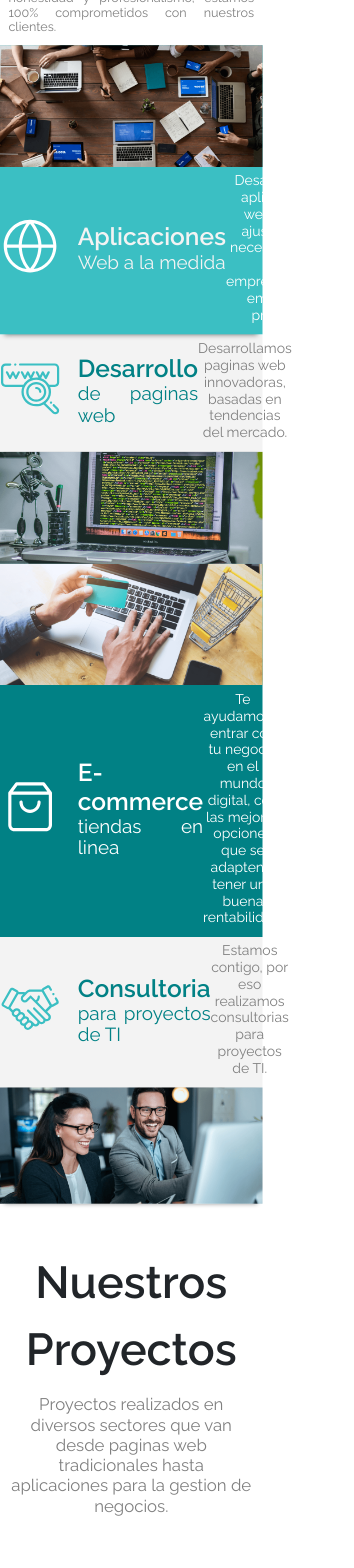
Repository: mariomr87/testwebpage
Page: index.html
The author's editor kept a copy of each file at every save. The page is drawn from the files as they stood at one save, then again after the next save.
The browser window is 375 px wide. The page is 506 px wide, so the pictures cover 506 px, including what lies to the right of the window. The pictures show the part of the page from y = 1931 to 4171 px (the page is 5777 px tall before and 5945 px after), at 70% of full size.
Some web libraries are served in a nearby version.

Above is the page before, as saved 2021-10-13 21:52:57.

### index.html
<!DOCTYPE html>
<html>
<head>
	<meta charset="utf-8">
	<title>Ingenii - Nueva era</title>
	<link href="style.css" rel="stylesheet">
	<!-- CSS only -->
	<link href="https://cdn.jsdelivr.net/npm/bootstrap@5.0.2/dist/css/bootstrap.min.css" rel="stylesheet" integrity="sha384-EVSTQN3/azprG1Anm3QDgpJLIm9Nao0Yz1ztcQTwFspd3yD65VohhpuuCOmLASjC" crossorigin="anonymous">
	<link rel="preconnect" href="https://fonts.googleapis.com">
	<link rel="preconnect" href="https://fonts.gstatic.com" crossorigin>
	<link href="https://fonts.googleapis.com/css2?family=Raleway:ital,wght@0,200;0,400;0,600;1,900&display=swap" rel="stylesheet">
	<script src="https://kit.fontawesome.com/ffd6f804ac.js" crossorigin="anonymous"></script>

	<!--MENU BOOSTRAP JavaScript Bundle with Popper -->
	<script src="https://cdn.jsdelivr.net/npm/bootstrap@5.1.1/dist/js/bootstrap.bundle.min.js" integrity="sha384-/bQdsTh/da6pkI1MST/rWKFNjaCP5gBSY4sEBT38Q/9RBh9AH40zEOg7Hlq2THRZ" crossorigin="anonymous"></script>

	<!--Carrusel-->
	<link href="https://cdn.jsdelivr.net/npm/bootstrap@5.0.2/dist/css/bootstrap.min.css" rel="stylesheet" integrity="sha384-EVSTQN3/azprG1Anm3QDgpJLIm9Nao0Yz1ztcQTwFspd3yD65VohhpuuCOmLASjC" crossorigin="anonymous">
	<link rel="stylesheet" type="text/css" href="carousel.css">
	<script src="https://ajax.googleapis.com/ajax/libs/jquery/1.12.4/jquery.min.js" type="text/javascript" ></script>
	<script src="slick.js" type="text/javascript" charset="utf-8"></script>

	<!-- viewport mobile -->
	<meta name="viewport" content="width=device-width, initial-scale=1.0">


</head>
	<body>

		<!-- Menu -->
		<nav class="navbar navbar-expand-lg  sticky-top navbar-dark lineamenu ">
			<div class="container-fluid">
			  <a class="navbar-brand col-md-2 text-center navbar-expand-lg" href="#"><span class="menuimg-texto">Ingenii</span></a>
			  <button class="navbar-toggler" type="button" data-bs-toggle="collapse" data-bs-target="#navbarSupportedContent" aria-controls="navbarSupportedContent" aria-expanded="false" aria-label="Toggle navigation">
				<span class="navbar-toggler-icon "></span>
			  </button>
			  <div class="collapse navbar-collapse " id="navbarSupportedContent">
				<ul class="navbar-nav col-md-10">
				  <li class="nav-item">
					<a class="nav-link" aria-current="page" href="#">
						<span class="separar"><img src="./imagenes/menu/Icon-inicio.svg" class="d-inline-block align-text-top menuing-redes-logos"></span>
						<span class="menu-texto-opc">Inicio</span>
					</a>
				  </li>
				  <li class="nav-item">
					<a class="nav-link" href="#servicios4">
						<span class="separar"><img src="./imagenes/menu/Icon-Servicios.svg" class="d-inline-block align-text-top menuing-redes-logos"></span>
						<span class="menu-texto-opc">Servicios</span>
					</a>
				  </li>
				  <li class="nav-item">
					<a class="nav-link " href="#quienessomos" tabindex="-1" aria-disabled="true">
						<span class="separar"><img src="./imagenes/menu/Icon-Quienes somos.svg" class="d-inline-block align-text-top menuing-redes-logos"></span>
						<span class="menu-texto-opc">¿Quiénes somos?</span>
					</a>
				  </li>
				  <li class="nav-item">
					<a class="nav-link " href="#link-ntrabajo" tabindex="-1" aria-disabled="true">
						<span class="separar"><img src="./imagenes/menu/Icon- nuestro-trabajo.svg" class="d-inline-block align-text-top menuing-redes-logos"></span>
						<span class="menu-texto-opc">Nuestro Trabajo</span>
					</a>
				  </li>
				  <li class="nav-item">
					<a class="nav-link " href="#link-escribenos" tabindex="-1" aria-disabled="true">
						<span class="separar"><img src="./imagenes/menu/Icon - escribenos.svg" class="d-inline-block align-text-top menuing-redes-logos"></span>
						<span class="menu-texto-opc">Escribenos</span>
					</a>
				  </li>
				</ul>
				<div class="col-md-1 text-center">
					<span class="separar"><img class="menuing-redes-logos" src="./imagenes/menu/Facebook.svg" alt="">
					<img class="menuing-redes-logos" src="./imagenes/menu/WhatsApp.svg" alt="">
				</div>
			  </div>
			</div>
		  </nav>

		<!-- Slider -->
		<div class="container-fluid slider text-centro text-center">
			<div class="row" id="servicios4">
				<div>
					<h3 class="logo title-slider">Ingenii</h3>
					<h3 class="blanco slider-text">Expertos en la nueva era</h3>
					<h3 id="app-web">Aplicaciones web_</h3><br>
					<img id="flecha-down" src="./imagenes/principal/flecha.svg">
				</div>
			</div>
		</div>
		<!-- Quienes somos y servicios -->
		<div class="container-fluid " >
			<!-- Iconos de servicios -->
			<div class="cuadros-servi row ">
				<div class="azul-claro-bg cuadro col ">
					<img src="./imagenes/principal/app.svg" class="icon-serv">
					<h5><span class="negrilla "><strong>Aplicaciones</strong> </span><br>web a la medida</h5>
				</div>
				<div class="azul-claro-bg cuadro col">
					<img src="./imagenes/principal/desarrollo.svg" class="icon-serv"><h5><span class="negrilla ">Desarrollo</span><br>de Páginas web</h5>
				</div>
				<div class="azul-claro-bg cuadro col">
					<img src="./imagenes/principal/tienda.svg" class="icon-serv">
					<h5><span class="negrilla ">E-commerce</span><br> tiendas en linea</h5>
				</div>
				<div class="azul-claro-bg cuadro col">
					<img src="./imagenes/principal/consultoria.svg" class="icon-serv"><h5><span class="negrilla ">Consultoría</span><br>para proyectos TI</h5>
				</div>
			</div>

			<!-- Texto quienes somos -->
			<div class="row just-somos" id="quienessomos">
				<div class="col-md-6 centrar-somos">
					<p class="line-blue"> </p>
					<h1 class="text-quienes" >Quiénes</h1><h2 class="text-somos">Somos</h2>
				</div>
				<div class="col-md-6">
					<p class="texto-qs"><span class="negrilla">Ingenii</span> es un emprendimiento que nace para ayudar a miles emprendedores a <span class="negrilla">migrar al mundo digital,</span> en un momento en el cual el
					comercio electrónico ha tomado una importancia estratégica para que muchas ideas de negocios tengan éxito, además de asesorar a
					nuestros clientes para que lleven su emprendimiento o empresa al siguiente nivel.
					<br><br>Hacemos nuestro trabajo con seriedad, honestidad y profesionalismo, estamos 100% comprometidos con nuestros clientes.</p>
				</div>
			</div>
		</div>
		<!-- Servicios -->
		<div class="container-fluid">
			<div class="row row-cols-2 servi-col">
				<!--Aplicaciones -->
				<div class="col azul-claro-bg sombra one">
					<img class="servicios-img" src="imagenes/servicios/Aplicaciones.png">
				</div>
				<div class="col azul-claro-bg text-app sombra two">
						<div class="centra-app">
							<div class="interlineas">
								<img src="./imagenes/servicios/web-a-medida.svg" class="icon-serv">
								<span class="text-app-p"><span class="text-app-icon">Aplicaciones</span><p class="text-app-icon2">Web a la medida</p></span>
							</div>
							<div class="interlineas">
								<p class="text-app-des">Desarrollamos aplicaciones web que se ajusten a las necesidades de tu emprendimiento, empresa o proyecto.</p>
							</div>
						</div>
				</div>
				<!--Desarrollo -->
				<div class="col blanco-bg sombra three">
					<div class="text-app ">
						<div class="centra-app">
							<div class="interlineas">
								<img src="./imagenes/servicios/desarrollo-web.svg" class="icon-serv">
								<span class="azul text-app-p"><span class="text-app-icon">Desarrollo</span><p class="text-app-icon2">de paginas web</p></span>
							</div>
							<div class="interlineas" >
								<p class="gris2 text-app-des">Desarrollamos paginas web innovadoras, basadas en tendencias del mercado.</p>
							</div>
						</div>
					</div>
				</div>
				<div class="col blanco-bg sombra four">
					<img class="servicios-img" src="imagenes/servicios/desarrolloweb.png">
				</div>
				<!--E-commerce-->
				<div class="col azul-bg sombra five">
					<img class="servicios-img" src="imagenes/servicios/ecommerce.png">
				</div>
				<div class="col azul-bg sombra six">
					<div class="text-app">
						<div class="centra-app">
							<div class="interlineas">
								<img src="./imagenes/servicios/ecommerce.svg" class="icon-serv">
								<span class="text-app-p"><span class="text-app-icon">E-commerce</span><p class="text-app-icon2">tiendas en linea</p> </span>
							</div>
							<div class="interlineas">
								<p class="text-app-des">Te ayudamos a entrar con tu negocio en el mundo digital, con las mejores opciones que se adapten a tener una buena rentabilidad.</p>
							</div>
						</div>
					</div>
				</div>
				<!--Consultoria -->
				<div class="col blanco-bg sombra seven">
					<div class="azul text-app">
					<div class="centra-app">
							<div class="interlineas">
								<img src="./imagenes/servicios/consultoria-TI.svg" class="icon-serv">
								<span class="text-app-p"><span class="text-app-icon">Consultoria</span> <p class="text-app-icon2"> para proyectos de TI</p></span>
							</div>
							<div class="interlineas">
								<p class="gris2 text-app-des">Estamos contigo, por eso realizamos consultorias para proyectos de TI.</p>
							</div>
					</div>
					</div>
				</div>
    			<div class="col blanco-bg sombra eight">
					<img class="servicios-img" src="imagenes/servicios/consultoria.png">
				</div>
			</div>
		</div>


		<!-- Nuestros Proyectos -->
		<div class="container-fluid" id="link-ntrabajo">
			<div class="row">
				<div class="col-md-12 text-center">
					<p class="proyectos">Nuestros Proyectos</p>
					<p class="proyectos-txt">Proyectos realizados en diversos sectores que van desde paginas web tradicionales hasta aplicaciones para la gestion de negocios.</p>
				</div>
				<div class="col-md-12 container">
					<section class="customer-logos slider2">
						<div class="slide"><img src="images/image3.png"></div>
						<div class="slide"><img src="images/image4.png"></div>
						<div class="slide"><img src="images/image3.png"></div>
						<div class="slide"><img src="images/image4.png"></div>
					</section>
				</div>
			</div>
		</div>

		<!-- Contacto -->
		<div class="container-fluid contacto-container" id="link-escribenos">
			<div class="row">
				<div class="col-md-6">
					<div class="contacto-column-1">
						<p class="line-blue"> </p>
						<h2 class="contacto-title blanco">Escribenos</h2>
						<p class="contacto-desc blanco">Cuéntanos tus proyectos y juntos podremos llevar tu emprendimiento o tu empresa a otro nivel en la nueva era del mundo digital</p>
					</div>
					</div>
				<div class="col-md-6">
					<form class="contacto-form">
						<input type="text" class="contacto-input" placeholder="Nombre Completo" name="nombre">
						<input type="text" class="contacto-input" placeholder="Celular" name="celular">
						<input type="email" class="contacto-input" placeholder="Email" name="email">
						<textarea name="mensaje" class="contacto-textarea" placeholder="Mensaje"></textarea>
						<input type="submit" class="contacto-input azul-claro-bg" name="Enviar">
					</form>
				</div>
			</div>
		</div>
		<!-- Footer -->
		<div class="container-fluid azul-claro-bg p-5">
			<div class="row pb-4">
				<div class="col-md-4">
					<div class="footer-container">
						<h2 class="logo title-footer">Ingenii</h2>
						<p class="subtitle-footer">Copyrigth 2021 Ingenii</p>
					</div>
				</div>
				<div class="col-md-8">
					<div class="social-container">
						<p class="" style="padding: 0px 22px;">Soluciones innovadoras para tus proyectos, emprendimientos o empresas.<br>Te ayudamos a ir al siguiente nivel. Somos expertos en una nueva era.</p>
						<div class="container">
							<div class="row">
								<div class="col-md-4">
									<span class="social-icon-text" style="vertical-align: middle;">Síguenos: </span><a href="www.facebook.com" class="link-icon-footer gris"><i class="fab fa-facebook"></i></a><a href="https://api.whatsapp.com/send?phone=573167873319&text=Hola!%20Quiero%20una%20p%C3%A1gina%20web." class="link-icon-footer gris"><i class="fab fa-whatsapp"></i></a>
								</div>
								<div class="col-md-4 mt-2">
									<i style="vertical-align: middle;" class="fas fa-phone-alt gris icon-footer"></i><span class="social-icon-text"> 3167873319</span>
								</div>
								<div class="col-md-4 mt-2">
									<i style="vertical-align: middle;" class="far fa-envelope gris icon-footer"></i><span class="social-icon-text"> info@ingenii.com.co</span>
								</div>
							</div>
						</div>
					</div>
				</div>
			</div>
		</div>

		<script type="text/javascript">
			$(document).ready(function(){
				$('.customer-logos').slick({
					slidesToShow: 2,
					slidesToScroll: 1,
					autoplay: true,
					autoplaySpeed: 500,
					arrows: false,
					dots: false,
						pauseOnHover: false,
						responsive: [{
						breakpoint: 500,
						settings: {
							slidesToShow: 4
						}
					}, {
						breakpoint: 520,
						settings: {
							slidesToShow: 3
						}
					}]
				});
			});
		</script>

	</body>
</html>

### style.css
/*
autor: Estiven Oviedo Gonzalez;
fecha: 2021-07-18;
*/

@font-face {
    font-family: 'Righteous';
    src: url('font/Righteous-Regular.ttf');
}


body{
	font-family: 'Raleway', sans-serif !important;
}

.lineamenu{
	border-bottom-width: 1px;
	border-bottom-style: solid;
	border-bottom-color: #c5c3c3 ;
	background-color: #292b2f;
}

.menuimg-texto{
	font-weight: 900;
	font-size: 3em;
	font-family: 'Righteous', cursive;
	color: #fff;
}

.separar{
	padding-right: 10px;
}

.menu-texto-opc{
	font-size: 1.5em;
	color: white;

}
.menuing-redes-logos{
	width: 1.5em;
}

.navbar-nav{
	justify-content: center;

}

.nav-item{
	padding: 24px 10px;
}

.nav-item:hover{
	box-shadow: inset 0px -7px #3bbfc3;
}

.logo{
	font-family: 'Righteous', cursive;
	color: #fff;
}

.azul{
	color: #018185;
}

.gris{
	color: #292b2f;
}

.verde{
	color: #40af93;
}

.azul-claro{
	color: #3bbfc3;
}

.blanco{
	color: #f3f3f3;
}

.azul-bg{
	background-color: #018185;
	color: #fff;
}

.gris-bg{
	background-color: #292b2f;
}

.verde-bg{
	background-color: #40af93;
}

.azul-claro-bg{
	background-color: #3bbfc3;
	color: #f3f3f3;
}

.blanco-bg{
	background-color: #f3f3f3;
}


.sombra{
	box-shadow: 0px 7px 7px -6px gray;
}

/* servicios */
.servicios-img{
	width: 100%;
}

.title-footer{
	font-size: 70px;
	margin: 0;
}

.subtitle-footer{
	color: #fff;
	font-size: 12px;
}

.footer-container{
	margin-left: 35%;
	border-right: 1px solid #fff;
}

.social-container{
	color: #fff;
}

.link-icon-footer{
	font-size: 30px;
	padding: 0px 10px;
	vertical-align: middle;
}

.icon-footer{
	font-size: 25px;
}

.social-icon-text{
	font-weight: 600;
}

.contacto-container{
	background-image: url('imagenes/formulario/fondo-formulario.png');
	background-size: cover;
}

.contacto-form{
	margin: 100px 20% 100px 10%;
}

.contacto-input{
	display: block;
    padding: 8px 20px;
    border-radius: 40px;
    border: none;
    margin-bottom: 12px;
    width: 100%;
}

.contacto-textarea{
	display: block;
    padding: 8px 20px;
    border-radius: 20px;
    border: none;
    margin-bottom: 12px;
    resize: none;
    width: 100%;
    height: 150px;
}

.contacto-column-1{
	margin: 100px 10% 100px 30%;
}

.contacto-title{
	font-size: 75px;
	font-weight: 900;
}

.contacto-desc{
	font-size: 22px;
}

.slider{
	background-image: url('imagenes/principal/banner.png');
	background-size: cover;
}

.title-slider{
	font-size: 110px;
	margin: 0;
}

.slider-text{
	font-size: 40px ;
	font-weight: bold;
}

#app-web{
	display: inline;
	background-color: #f6f6f6;
	color: #018185;
	padding: 0px 20px;
}

.text-quienes{
	font-weight:bold;
	font-size:100px;
}

.text-somos{
	font-size:80px;
	line-height: 10px;
}

.line-blue{
	background-color: #018185;
	height: 8px;
	width: 80px;
}

.texto-qs{
	text-align: justify;
	font-size: 18px;
	color: gray;

}

.negrilla{
	font-weight: bold;
}

.cuadro span {
	font-size: 1.5em;
}

.just-somos{
	padding-left: 100px;
	padding-right: 100px;
	padding-top: 50px;
	padding-bottom: 50px;
	line-height: initial;
}

.centrar-somos{
	align-content: center;
	justify-content: center;
	display: grid;
}


.text-app{
	position: relative;
	padding-top: 2%;

}

.centra-app{
	margin: 5% 20% 0 15%;
	text-align: justify;
}

.text-app-p{
	padding-left: 25px;

}

.text-app-icon{
	font-size: 35px;
	font-weight: 900;

}

.text-app-icon2{
	font-size: 27px;
}

.text-app-des{
	font-size: 20px;
	color: white;
}

.gris2{
	color: gray ;
}

.cuadro{
	margin: auto 1%;
	padding: 33px;
	box-shadow: -1px 5px 6px #889788;
}

.cuadros-servi{
	text-align: center;
	padding: 0% 8%;
	position: relative;
    bottom: 60px;

}
.interlineas{
	line-height:normal;
	display: flex;
	justify-content: flex-start;
    align-items: center;
	letter-spacing: normal;
}

.icon-serv{
	width: 86px;
	margin-bottom: 20px;
}

.cuadro img{
	padding-bottom: 15px;
}

.text-centro{
	padding: 8% 0%;

}

#flecha-down{
	padding-top: 2%;
	width: 3%;
}

.flotante{
	position: relative;
}

.servi-col div{
	padding-left: 0;
	padding-right: 0;
}

.proyectos{
	font-weight: 900;
	font-size: 4em;
	padding-top: 1em;
}

.proyectos-txt{
	color: gray;
	font-size: 1.5em;
	padding: 0 12em 2em 12em ;
	line-height: normal;
}

@media screen and (max-width:1100px) {
	.cuadros-servi h5{
		font-size: 1rem;
	}

	.text-quienes{
		font-size: 80px;
	}

}

@media screen and (max-width:810px) {
	.cuadros-servi{
		position: initial;
		padding-top: 10px;
		flex-direction: column;
	}

	.cuadro{
		margin-bottom: 15px;
	}

	.just-somos{
		flex-direction:column;
		padding: 0;
	}

	.just-somos .col-md-6{
		width: 100%;
	}

	.line-blue{
		display: none;
	}

	.centrar-somos{
		padding-bottom: 35px;
	}

	.servi-col{
		flex-direction: column;
	}

	.proyectos-txt{
		padding: 0;
	}

	.servi-col div{
		width: 100%;
	}

	.centra-app{
		margin: 0;
	}

	.interlineas{
		justify-content: center;
	}

	.text-app-des{
		text-align: center;
	}


}

@media screen and (max-width:450px) {
	.just-somos{
		padding: 0;

	}

	.proyectos-txt{
		padding: 0;
	}

	.servi-col div{
		width: 100%;
		display: flex;
	}

	.centra-app{
		margin: 0;
	}


	.one{
		order: 0;
	}
	.two{
		order: 0;
	}

	.three{
		order: 0;
	}

	.four{
		order: 0;
	}

	.five{
		order: 0;
	}

	.six{
		order: 0;
	}



}

### carousel.css
/* Slider */
.slick-slide {
    margin: 0px 20px;
}

.slick-slide img {
    width: 100%;
}

.slick-slider
{
    position: relative;
    display: block;
    box-sizing: border-box;
    -webkit-user-select: none;
    -moz-user-select: none;
    -ms-user-select: none;
            user-select: none;
    -webkit-touch-callout: none;
    -khtml-user-select: none;
    -ms-touch-action: pan-y;
        touch-action: pan-y;
    -webkit-tap-highlight-color: transparent;
}

.slick-list
{
    position: relative;
    display: block;
    overflow: hidden;
    margin: 0;
    padding: 0;
}
.slick-list:focus
{
    outline: none;
}
.slick-list.dragging
{
    cursor: pointer;
    cursor: hand;
}

.slick-slider .slick-track,
.slick-slider .slick-list
{
    -webkit-transform: translate3d(0, 0, 0);
       -moz-transform: translate3d(0, 0, 0);
        -ms-transform: translate3d(0, 0, 0);
         -o-transform: translate3d(0, 0, 0);
            transform: translate3d(0, 0, 0);
}

.slick-track
{
    position: relative;
    top: 0;
    left: 0;
    display: block;
}
.slick-track:before,
.slick-track:after
{
    display: table;
    content: '';
}
.slick-track:after
{
    clear: both;
}
.slick-loading .slick-track
{
    visibility: hidden;
}

.slick-slide
{
    display: none;
    float: left;
    height: 100%;
    min-height: 1px;
}
[dir='rtl'] .slick-slide
{
    float: right;
}
.slick-slide img
{
    display: block;
}
.slick-slide.slick-loading img
{
    display: none;
}
.slick-slide.dragging img
{
    pointer-events: none;
}
.slick-initialized .slick-slide
{
    display: block;
}
.slick-loading .slick-slide
{
    visibility: hidden;
}
.slick-vertical .slick-slide
{
    display: block;
    height: auto;
    border: 1px solid transparent;
}
.slick-arrow.slick-hidden {
    display: none;
}

.slider2 {
    padding: 2em 10em;
}

.slider2 div img{
    width: 50%;
    /* background-color: gray; */
    border-inline: 1px;
    display: block;
    margin: auto;

}

/* .slide{
 border-style: solid;
 color: red;

} */

Loaded but not shown: slick.js (library)

After the next save:
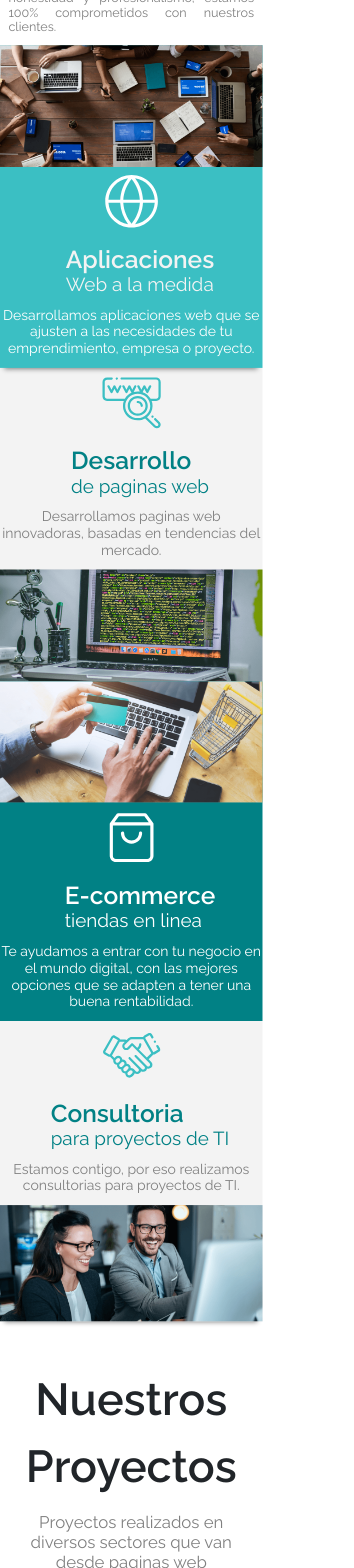
Saved 91 s later.
--- a/style.css
+++ b/style.css
@@ -429,6 +429,7 @@ body{
 	.servi-col div{
 		width: 100%;
 		display: flex;
+		flex-direction: column;
 	}
 
 	.centra-app{
@@ -459,6 +460,8 @@ body{
 		order: 0;
 	}
 
-
-
-}
+	.seven{
+		order
+	}
+
+}
